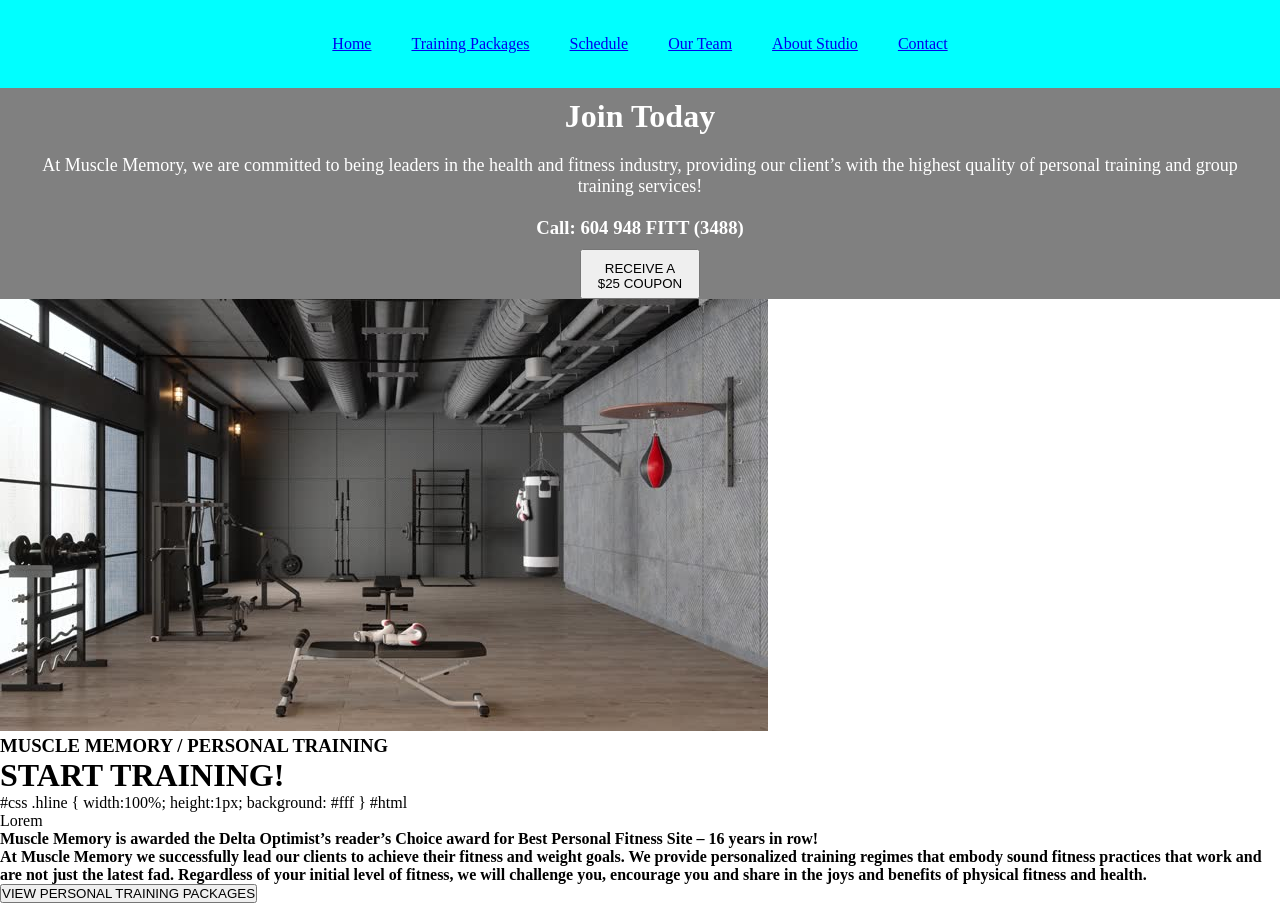
Repository: MujtabaHabib/muscle-memory-website
Page: index.html
An editor plug-in stored every save of this project. The page is shown before and after the next save, followed by the edit.
The browser window is 1280 px wide. The pictures show the whole page.

Above is the page before, as saved 2026-01-27 02:50:35.

### index.html
<!DOCTYPE html>
<html lang="en">

<head>
    <meta charset="UTF-8">
    <meta name="viewport" content="width=device-width, initial-scale=1.0">
    <title>Muscle Memory</title>
    <link rel="stylesheet" href="style.css">
</head>

<body>
    <div class="container">
        <nav>
            <ul class="list">
                <li><a href="#">Home</a></li>
                <li><a href="#">Training Packages</a></li>
                <li><a href="#">Schedule</a></li>
                <li><a href="#">Our Team</a></li>
                <li><a href="#">About Studio</a></li>
                <li><a href="#">Contact</a></li>
            </ul>
        </nav>
        <div class="details">
            <h1>Join Today</h1>
            <p>At Muscle Memory, we are committed to being leaders in the health and fitness industry,
                providing our client’s with the highest quality of personal training and group training
                services!</p>

            <h3>Call: 604 948 FITT (3488)</h3>
            <button>RECEIVE A $25 COUPON</button>
        </div>
        <div class="box">
            <div class="gym">
                <img src="gym.jpg" alt="gym">
            </div>
            <div class="message">
                <h3>MUSCLE MEMORY / PERSONAL TRAINING</h3>
                <h1>START TRAINING!</h1>
                <!--
Source - https://stackoverflow.com/q
Posted by Павел Тявин, modified by community. See post 'Timeline' for change history
Retrieved 2026-01-27, License - CC BY-SA 4.0
-->

#css
.hline { width:100%; height:1px; background: #fff }

#html
<div class="block_1">Lorem</div> <div class="h_line"></div>

                <h4>Muscle Memory is awarded the Delta Optimist’s
                    reader’s Choice award for Best Personal
                    Fitness Site – 16 years in row!</h4>
                <h4>At Muscle Memory we successfully lead our clients to achieve their fitness and weight goals. We
                    provide personalized training regimes that embody sound fitness practices that work and are not just
                    the latest fad. Regardless of your initial level of fitness, we will challenge you, encourage you
                    and share in the joys and benefits of physical fitness and health.</h4>
                <button>VIEW PERSONAL TRAINING PACKAGES</button>
            </div>
        </div>
    </div>

</body>

</html>

### style.css
* {
    margin: 0;
    padding: 0;
}

.list {
    display: flex;
    color: white;
    padding: 15px;
    justify-content: center;
    align-items: center;
    background-color: cyan;
    margin: 0px;
}

.list li {
    padding: 20px;
    list-style-type: none;
}
.details {
    text-align: center;
    background-color: gray;
    color: white;
}

.details button {
    height: 50px;
    width: 120px;
}

.details h1 ,
.details h3,
.details p,
.details button {
    padding: 10px 15px 10px;
}
.details p{
    font-size: 18px;
}

After the next save:
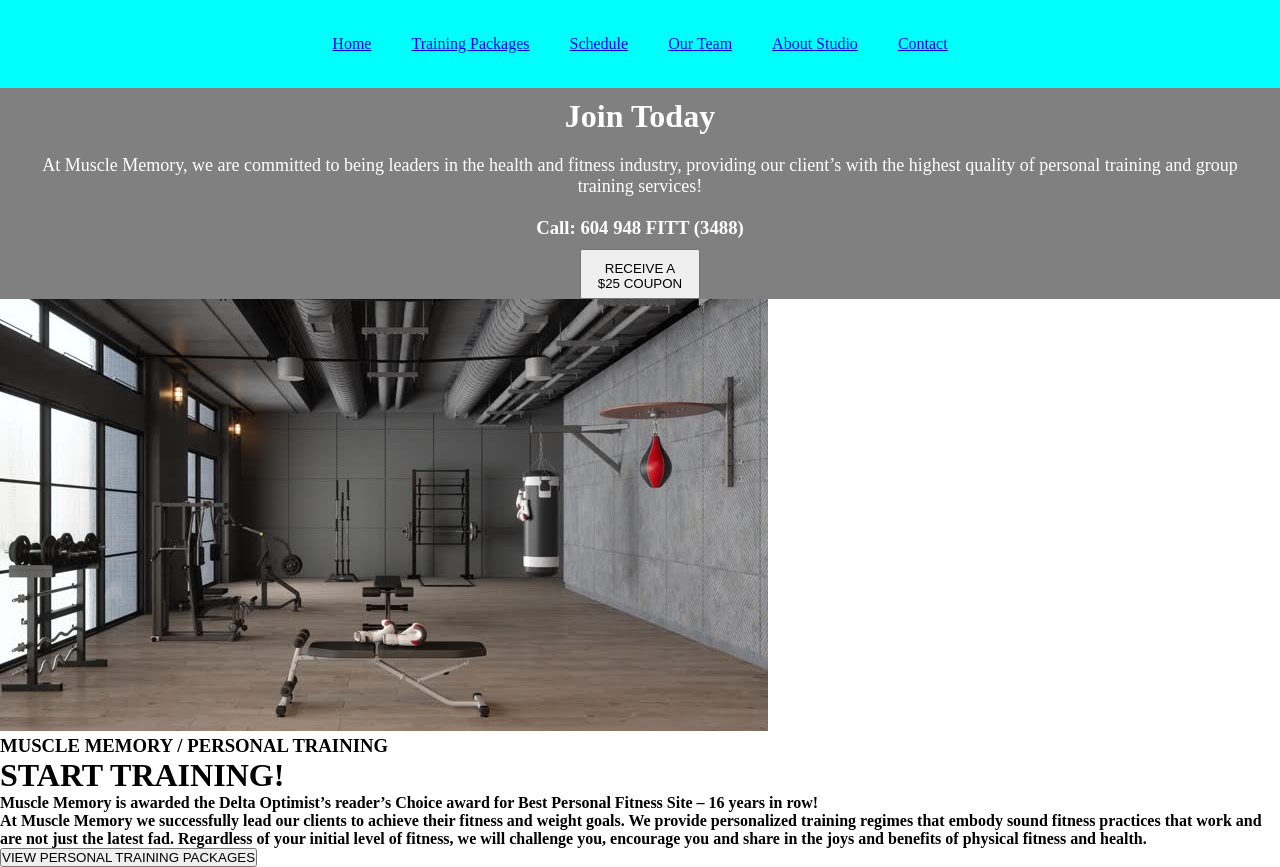
Saved 5 s later.
--- a/index.html
+++ b/index.html
@@ -36,17 +36,6 @@
             <div class="message">
                 <h3>MUSCLE MEMORY / PERSONAL TRAINING</h3>
                 <h1>START TRAINING!</h1>
-                <!--
-Source - https://stackoverflow.com/q
-Posted by Павел Тявин, modified by community. See post 'Timeline' for change history
-Retrieved 2026-01-27, License - CC BY-SA 4.0
--->
-
-#css
-.hline { width:100%; height:1px; background: #fff }
-
-#html
-<div class="block_1">Lorem</div> <div class="h_line"></div>
 
                 <h4>Muscle Memory is awarded the Delta Optimist’s
                     reader’s Choice award for Best Personal
